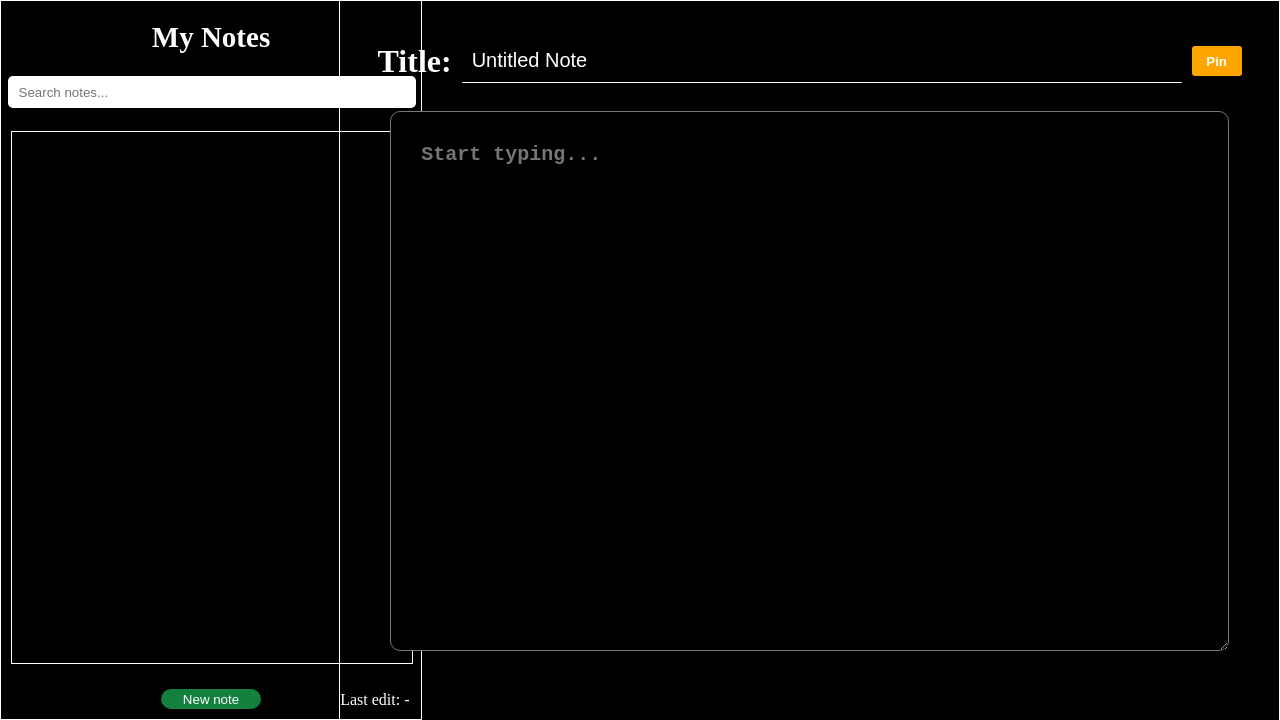
Repository: dmpelaez/myNotes
Page: QuickNotes.html
An editor plug-in stored every save of this project. The page is shown before and after the next save, followed by the edit.
The browser window is 1280 px wide. The pictures show the whole page.

Above is the page before, as saved 2025-12-18 21:37:15.

### QuickNotes.html
<!DOCTYPE html>

  <html>

    <head>

      <title>Quick Notes</title>

      <!--CSS LINK-->
      <link rel="stylesheet" href="QuickNotes.css">
    </head>
    <body>

      <!--Note section-->
      <aside class="aside-section">

        <!--My notes part-->
        <div class="myNotes">
          <p class="my-notes-text">My Notes</p>
        </div>
        <!--Search notes-->
        <div class="input-box">
          <input class="input" placeholder="Search notes...">
        </div>
        <!--Notes-->
        <div class="note-list"></div>
        <!--add button-->
        <button class="add-button">New note</button>

      </aside>

      <!---Typing section-->
      <main class="main-section">

        <!--Header-->
        <div class="header-section">
          <h1>Title:</h1>
          <input class="title-notes" placeholder="Untitled Note">
          <button class="pin-btn">Pin</button>
        </div>

        <!--text area-->
        <div class="texting-area">
          <textarea class="textarea" placeholder="Start typing..."></textarea>
        </div>

        <!---Delete-->
        <div class="delete">
          <span class="edit">Last edit: -</span>

        </div>
      </main>


    </body>

  </html>

### QuickNotes.css
body {
  margin: 0;
  padding: 0;
  background: black;
  box-sizing: border-box;
}
* {
  color: rgb(255, 255, 255);
}
.aside-section {
  border: 1px solid white;
  display: grid;
  width: 400px;
  position: fixed;
  bottom: 0;
  top: 0;
  grid-template-rows: 40px 30px 1fr 20px;
  padding: 10px;
  gap: 25px;

}

.my-notes-text {
  display: flex;
  margin: 0px;
  justify-self: center;
  align-self: center;
  margin-top: 10px;
}
.note-list {
  border: 1px solid white;
  width: 100%;
}

.my-notes-text {
  font-weight: bold;
  font-size: 29px;
}

.input {
  color: black;
  display: flex;
  align-self: center;
  justify-self: center;
  Width: 99%;
  height: 100%;
  border-radius: 5px;
  border: none;
  outline: none;
  padding-left: 10px;
  margin-left: 1px;
}
.input::placeholder {
  padding-left: 1px;

}

.add-button {
  width: 100px;
  display: flex;
  justify-self: center;
  background: rgb(19, 128, 61);
  border: none;
  border-radius: 10px;
  color: white;
  font-family: arial;
  align-items: center;
  justify-content: center;
  cursor: pointer;
}

.note-list {
  display: grid;
}

.main-section {
  position: fixed;
  left: 26.5%;
  border: 1px solid white;
  right: 0px;
  height: 100%;
  display: grid;
  grid-template-rows: 70px 1fr 30px;
  gap: 40px;
}

.header-section {
  display: flex;
  justify-self: center;
  align-self: center;
  gap: 10px;
  margin-top: 50px;
  align-items: center;
}
.title-notes {
  width: 700px;
  padding: 10px;
  border-radius: 1px;
  background: none;
  border: none;
  border-bottom: 1px solid white;
  outline: none;
 font-size: 20px;
 font-family: arial;
}

.title-notes::placeholder {
  color: white;
  font-family: arial;
  font-size: 20px;

}

.pin-btn {
  background: orange;
  border: none;
  border-radius: 3px;
  font-family: arial;
  font-weight: bold;
  width: 50px;
  height: 30px
}

.texting-area {
  display: flex;
  padding-right: 50px;
  padding-left: 50px;
}
.textarea {
  background: black;
  outline: none;
  display: flex;
  width: 100%;
  padding-left: 30px;
  padding-right: 80px;
  padding-top: 30px;
  line-height: 25px;
  font-size: 20px;
  font-weight: bold;
  border-radius: 10px;
}

After the next save:
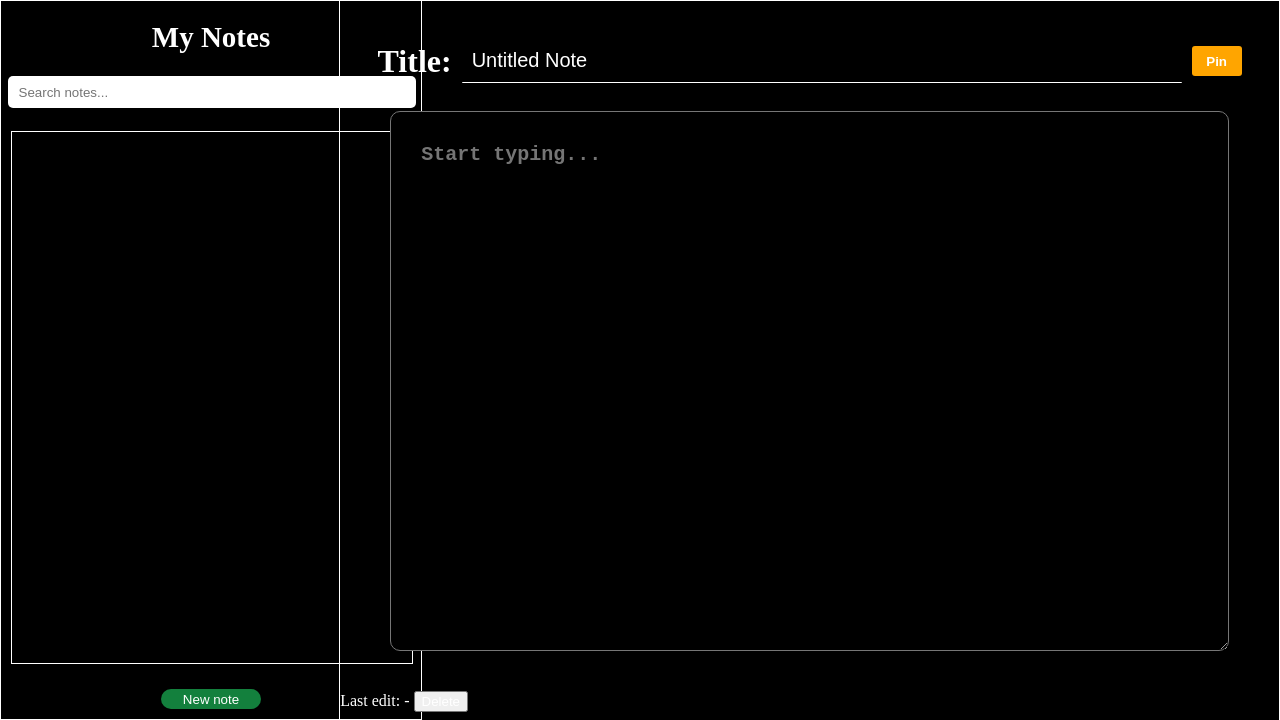
Saved 16 s later.
--- a/QuickNotes.html
+++ b/QuickNotes.html
@@ -47,7 +47,7 @@
         <!---Delete-->
         <div class="delete">
           <span class="edit">Last edit: -</span>
-
+          <button class="delete-btn">Delete</button>
         </div>
       </main>
 
